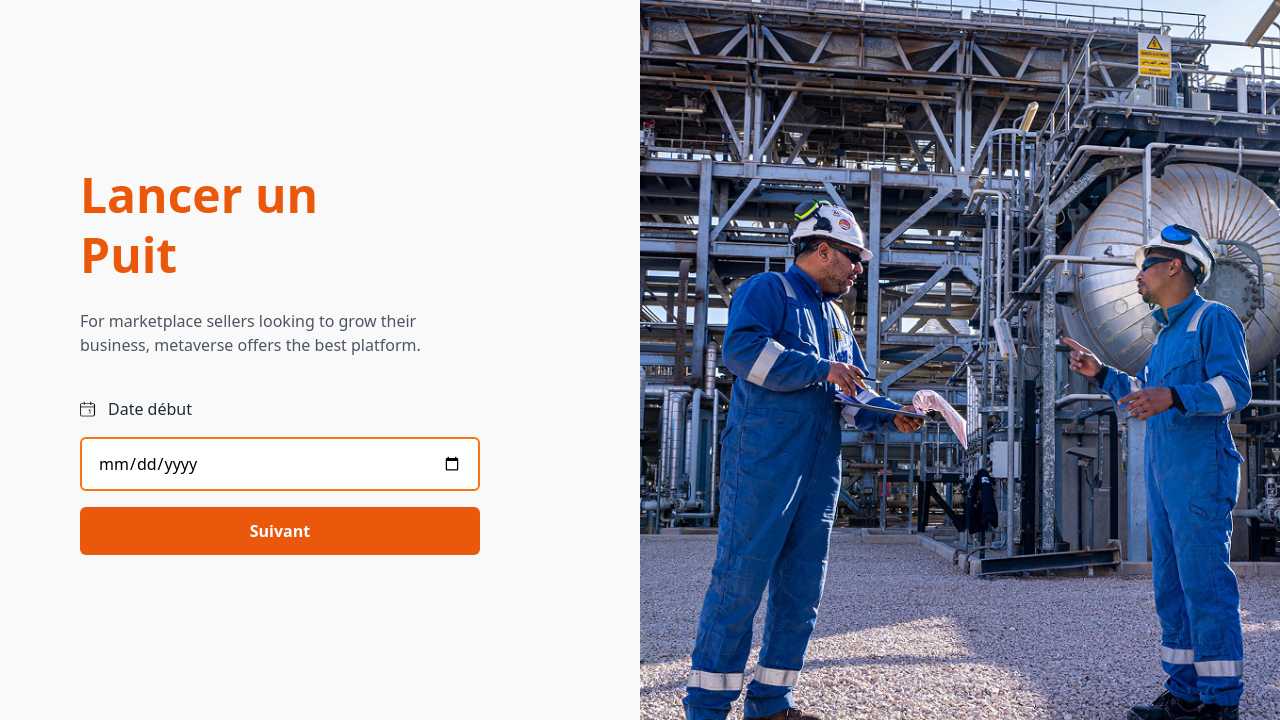
Repository: 123455675848484848484884848484/Projet_2cs
Page: /info-puit (app in front/)
An editor plug-in stored every save of this project. The page is shown before and after the next save, followed by the edit.
The browser window is 1280 px wide. The pictures show the whole page.
The project was rebuilt for these pictures with package versions that can differ from the ones it lists, and the page was loaded fresh each time. Also part of the build but not shown: front/src/App.css, front/src/Login.jsx.

Above is the page before, as saved 2025-04-23 18:01:22.

### front/src/App.jsx

import './App.css';
// App.jsx
import React from "react";
import Login from "./Login";
import LancerPuit from './LancerPuit';

function App() {
  return <LancerPuit />;
}

export default App;

### front/src/LancerPuit.jsx
import React, { useState } from "react";

const LancerPuit = () => {
  const [dateDebut, setDateDebut] = useState("");

  const handleSubmit = (e) => {
    e.preventDefault();
    alert(`Date de début sélectionnée : ${dateDebut}`);
  };

  return (
    <div className="flex h-screen overflow-hidden">
      {/* Partie gauche */}
      <div className="w-1/2 bg-[#f9f9f9] flex flex-col justify-center px-20">
        <div className="w-full max-w-[400px]">
          <h1 className="text-[48px] font-bold leading-tight text-orange-600">
            Lancer un <br /> Puit
          </h1>

          <p className="text-[16px] text-gray-600 mt-6 mb-10">
            For marketplace sellers looking to grow their business, metaverse offers the best platform.
          </p>

          <form onSubmit={handleSubmit} className="flex flex-col gap-4">
            {/* Label + icône */}
            <div className="flex items-center gap-2">
              <img src="/date.png" alt="date icon" className="w-5 h-5" />
              <label htmlFor="dateDebut" className="text-[16px] font-medium text-gray-800">
                Date début
              </label>
            </div>

            {/* Input */}
            <input
              type="date"
              id="dateDebut"
              value={dateDebut}
              onChange={(e) => setDateDebut(e.target.value)}
              className="w-full border-2 border-orange-500 rounded-md px-4 py-3 focus:outline-none focus:ring-2 focus:ring-orange-600"
              required
            />

            {/* Bouton — largeur égale à input */}
            <button
              type="submit"
              className="w-full bg-orange-600 hover:bg-orange-700 text-white text-[16px] font-semibold py-3 rounded-md transition"
            >
              Suivant
            </button>
          </form>
        </div>
      </div>

      {/* Partie droite : image */}
      <div className="w-1/2 h-full">
        <img
          src="/lancerp.png"
          alt="Site industriel"
          className="w-full h-full object-cover"
        />
      </div>
    </div>
  );
};

export default LancerPuit;

Loaded but not shown: front/public/index.html (common file); front/src/index.js (common file); front/src/index.css (common file); front/src/reportWebVitals.js (common file); front/tailwind.config.js (common file)

After the next save:
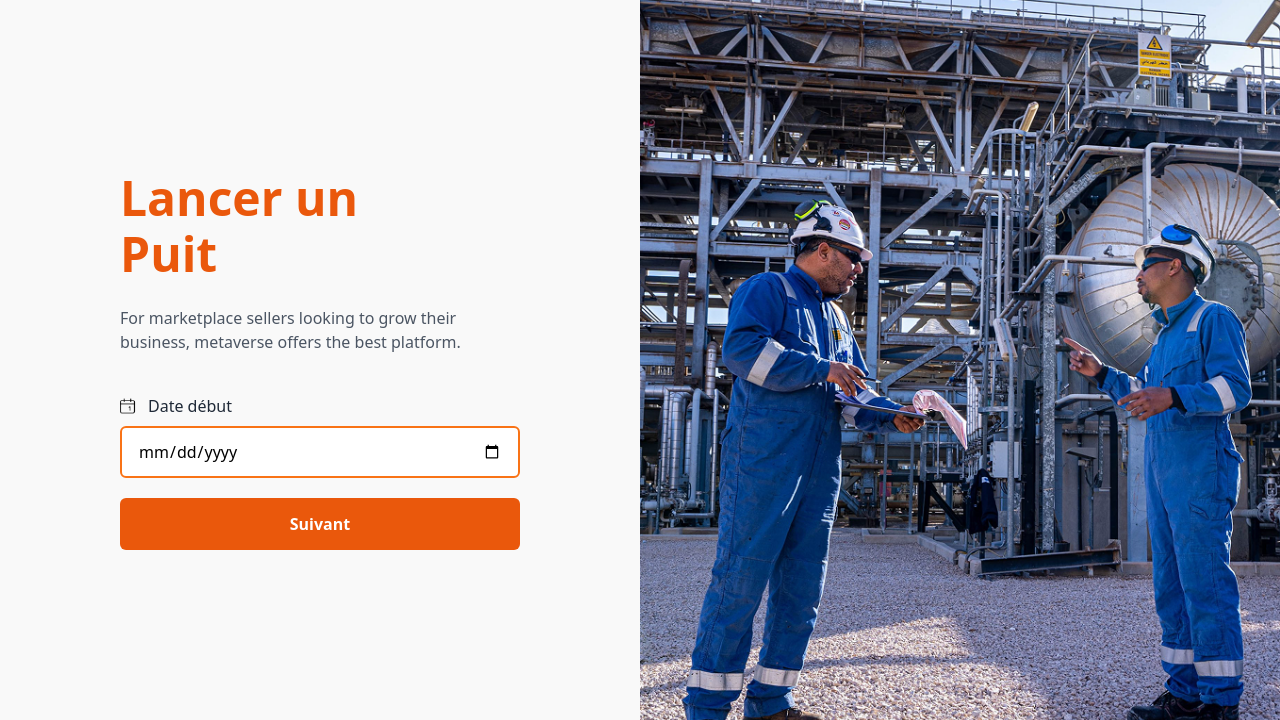
Saved 2 min 5 s later.
--- a/front/src/LancerPuit.jsx
+++ b/front/src/LancerPuit.jsx
@@ -10,40 +10,39 @@ const LancerPuit = () => {
 
   return (
     <div className="flex h-screen overflow-hidden">
-      {/* Partie gauche */}
-      <div className="w-1/2 bg-[#f9f9f9] flex flex-col justify-center px-20">
+      {/* Colonne gauche */}
+      <div className="w-1/2 bg-[#f9f9f9] flex items-center justify-center px-[80px]">
         <div className="w-full max-w-[400px]">
-          <h1 className="text-[48px] font-bold leading-tight text-orange-600">
+          <h1 className="text-[48px] font-bold leading-[56px] text-orange-600">
             Lancer un <br /> Puit
           </h1>
 
-          <p className="text-[16px] text-gray-600 mt-6 mb-10">
+          <p className="text-[16px] text-gray-600 mt-6 mb-10 leading-[24px]">
             For marketplace sellers looking to grow their business, metaverse offers the best platform.
           </p>
 
-          <form onSubmit={handleSubmit} className="flex flex-col gap-4">
-            {/* Label + icône */}
-            <div className="flex items-center gap-2">
-              <img src="/date.png" alt="date icon" className="w-5 h-5" />
-              <label htmlFor="dateDebut" className="text-[16px] font-medium text-gray-800">
-                Date début
-              </label>
+          <form onSubmit={handleSubmit} className="space-y-5">
+            <div className="space-y-2">
+              <div className="flex items-center gap-2">
+                <img src="/date.png" alt="date icon" className="w-5 h-5" />
+                <label htmlFor="dateDebut" className="text-[16px] font-medium text-gray-800">
+                  Date début
+                </label>
+              </div>
+
+              <input
+                type="date"
+                id="dateDebut"
+                value={dateDebut}
+                onChange={(e) => setDateDebut(e.target.value)}
+                className="w-full h-[52px] text-[16px] px-4 border-2 border-orange-500 rounded-md focus:outline-none focus:ring-2 focus:ring-orange-600"
+                required
+              />
             </div>
 
-            {/* Input */}
-            <input
-              type="date"
-              id="dateDebut"
-              value={dateDebut}
-              onChange={(e) => setDateDebut(e.target.value)}
-              className="w-full border-2 border-orange-500 rounded-md px-4 py-3 focus:outline-none focus:ring-2 focus:ring-orange-600"
-              required
-            />
-
-            {/* Bouton — largeur égale à input */}
             <button
               type="submit"
-              className="w-full bg-orange-600 hover:bg-orange-700 text-white text-[16px] font-semibold py-3 rounded-md transition"
+              className="w-full h-[52px] bg-orange-600 hover:bg-orange-700 text-white text-[16px] font-semibold rounded-md transition"
             >
               Suivant
             </button>
@@ -51,7 +50,7 @@ const LancerPuit = () => {
         </div>
       </div>
 
-      {/* Partie droite : image */}
+      {/* Colonne droite */}
       <div className="w-1/2 h-full">
         <img
           src="/lancerp.png"
